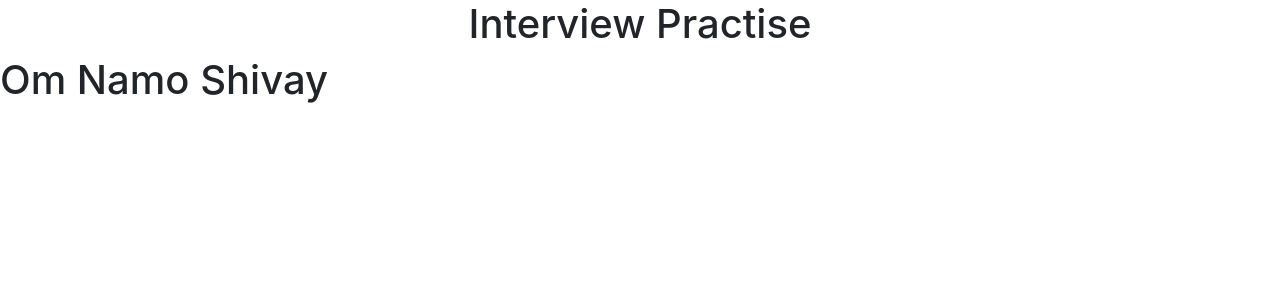
Repository: punitbathija/Machine-Round-React
Page: /
These files come from the project's save history. The page is drawn as it stood at one moment and after the next save; the edit follows.
The browser window is 1280 px wide. The pictures show the whole page.
The project was rebuilt for these pictures with package versions that can differ from the ones it lists, and the page was loaded fresh each time. Also part of the build but not shown: src/components/counter.jsx, src/components/ProgressBar.js, src/components/CurrencyCoverter.js.

Above is the page before, as saved 2023-06-01 14:07:23.

### src/index.js
import React from "react";
import ReactDOM from "react-dom/client";
import Counter from "./components/counter";
import "./index.css";
import ProgressBar from "./components/ProgressBar";
import CurrencyCoverter from "./components/CurrencyCoverter";
import TempratureConveter from "./components/TempratureConveter";
// import FetchApi from "./components/FetchApi";

const root = ReactDOM.createRoot(document.getElementById("root"));
root.render(
  <>
    <h1 className="text-center">Interview Practise</h1>
    {/* <Counter /> */}
    {/* <FetchApi /> */}
    {/* <ProgressBar /> */}
    {/* <CurrencyCoverter /> */}
    <TempratureConveter />
  </>
);

### src/components/TempratureConveter.js
import React, { useState } from "react";

const TempratureConveter = () => {
  const [inCelcius, setInCelcius] = useState("");
  const [inFarinite, setInFarinite] = useState("");
  return (
    <div>
      <h1>Om Namo Shivay</h1>
    </div>
  );
};

export default TempratureConveter;

Loaded but not shown: public/index.html (common file); src/index.css (common file)

After the next save:
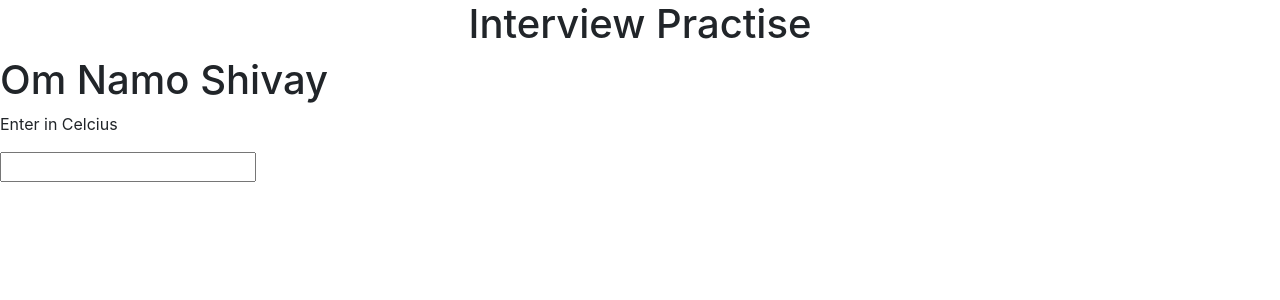
Saved 67 s later.
--- a/src/components/TempratureConveter.js
+++ b/src/components/TempratureConveter.js
@@ -6,6 +6,8 @@ const TempratureConveter = () => {
   return (
     <div>
       <h1>Om Namo Shivay</h1>
+      <p>Enter in Celcius</p>
+      <input onChange={(e) => e.target.value} value={inCelcius} />
     </div>
   );
 };
